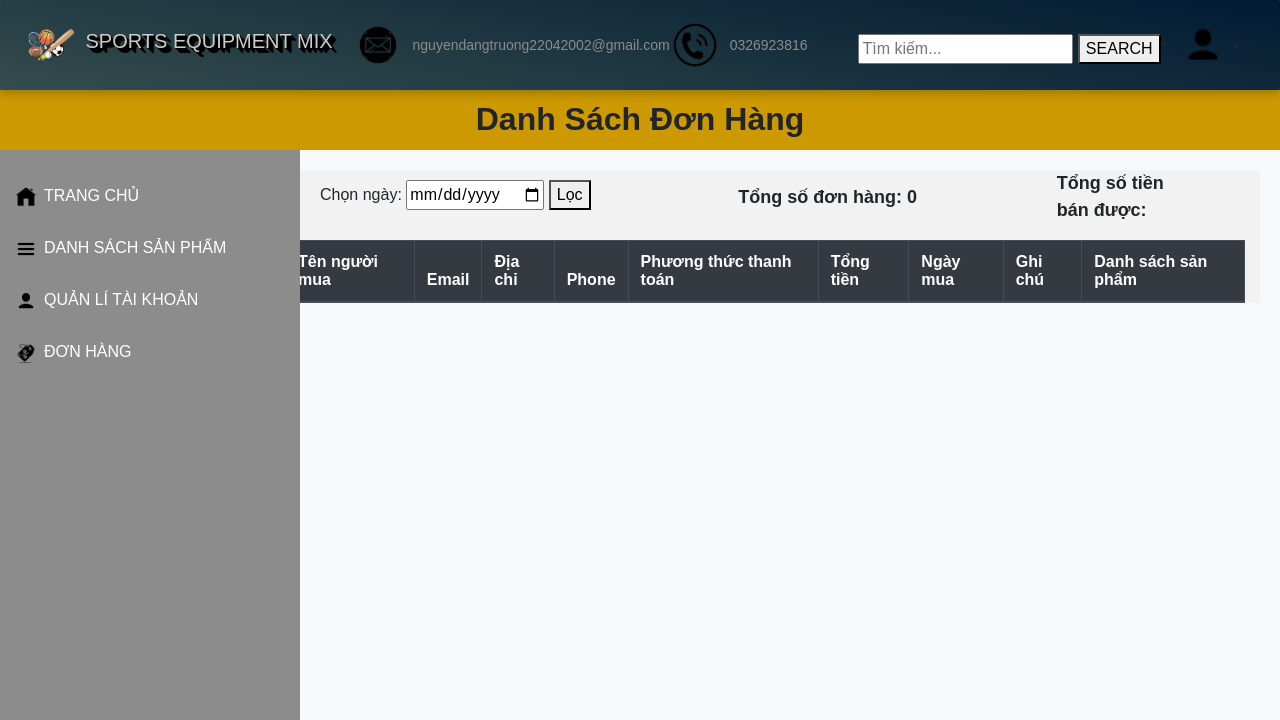
Repository: nguyendangtruong220420002/WWW-BanDungCuThietBiTheThao
Page: http://localhost/WebBanDungCuTheThao/QuanLy/DSDonHang.jsp
These files come from the project's save history. The page is drawn as it stood at one moment and after the next save; the edit follows.
The browser window is 1280 px wide. The pictures show the whole page.
The page is served by Tomcat 10. Other server files are loaded and not shown. The template is opened directly, without the code that normally fills it, so the values that code supplies are empty.

Above is the page before, as saved 2024-07-22 07:45:19.

### WebBanDungCuTheThao/src/main/webapp/QuanLy/DSDonHang.jsp
<%@ page language="java" contentType="text/html; charset=UTF-8"
	pageEncoding="UTF-8"%>
<%@ taglib uri="http://java.sun.com/jsp/jstl/core" prefix="c"%>

<%@ taglib uri="http://java.sun.com/jsp/jstl/functions" prefix="fn"%>
<%@ taglib uri="http://java.sun.com/jsp/jstl/fmt" prefix="fmt"%>
<html>
<head>
<meta charset="UTF-8">
<title>Quản Lý Đơn Hàng</title>
<link
	href="https://stackpath.bootstrapcdn.com/bootstrap/4.5.2/css/bootstrap.min.css"
	rel="stylesheet">
<!-- Bootstrap JS và jQuery -->
<script src="https://code.jquery.com/jquery-3.5.1.slim.min.js"></script>
<script
	src="https://cdn.jsdelivr.net/npm/@popperjs/core@2.9.2/dist/umd/popper.min.js"></script>
<script
	src="https://stackpath.bootstrapcdn.com/bootstrap/4.5.2/js/bootstrap.min.js"></script>
<style>
body {
	font-family: Arial, sans-serif;
	margin: 0;
	padding: 0;
	box-sizing: border-box;
	display: flex;
	flex-direction: column;
	min-height: 100vh;
}

.logo {
	display: flex;
	align-items: center;
	justify-content: space-around;
	padding: 10px;
	background: linear-gradient(10deg, #344c4c, #001a33);
	border-radius: 1px;
	box-shadow: 0 4px 8px rgba(0, 0, 0, 0.2);
}

.logo-left {
	display: flex;
	align-items: center;
}

.logo-right {
	display: flex;
	align-items: center;
}

.logo img {
	height: 50px;
	width: 50px;
	margin-right: 10px;
}

.logo h1 {
	font-size: 20px;
	text-shadow: 1px 1px 0 #000, 2px 2px 0 #000, 3px 3px 0 #000, 4px 4px 0
		#000, 5px 5px 0 #000;
	color: #cccccc;
	font-weight: 100;
	margin-right: 20px;
}

.contact-info {
	display: flex;
	align-items: center;
	margin-right: 20px;
}

.contact-info h2 {
	margin: 0;
	font-size: 14px;
	color: #8c8c8c;
}

.social-icons img {
	height: 40px;
	width: 40px;
	margin: 10px;
}

header {
	background-color: #cc9900;
	height: 150px;
}

.memu-icons {
	height: 15px;
	width: 15px;
	margin: 0 5px;
}

.user-menu {
	display: none;
	position: absolute;
	background-color: white;
	border: 1px solid #ccc;
	padding: 10px;
	right: 15px;
	top: 40px;
}

.user-menu a {
	display: block;
	color: #333;
	text-decoration: none;
	margin: 5px 0;
}

.user-icon {
	position: relative;
	cursor: pointer;
}

.sidebar {
	width: 300px;
	height: 100%;
	background-color: #8c8c8c;
	padding-top: 20px;
	position: fixed;
	top: 150px; /* Dưới header */
	left: 0;
	overflow-y: auto;
}

.nav-list {
	list-style-type: none;
	padding: 0;
	margin: 0;
}

.nav-list li {
	position: relative;
}

.nav-list li a {
	display: block;
	color: white;
	padding: 14px 16px;
	text-decoration: none;
}

.nav-list li a:hover {
	background-color: #111;
}

.menu-icons {
	height: 20px;
	width: 20px;
	margin-right: 8px;
}

.dropdown-content {
	display: none;
	background-color: #444;
	padding-left: 20px;
}

.dropdown-content a {
	color: white;
	padding: 12px 16px;
	text-decoration: none;
	display: block;
}

.dropdown-content a:hover {
	background-color: #555;
}

main {
	margin-left: 250px; /* Để lại khoảng trống cho sidebar */
	padding: 20px;
	flex: 1;
}

.show {
	display: block;
}
</style>
<script>
	function toggleUserMenu() {
		var userMenu = document.getElementById("user-menu");
		if (userMenu.style.display === "block") {
			userMenu.style.display = "none";
		} else {
			userMenu.style.display = "block";
		}
	}
	function toggleDropdown(event) {
		event.preventDefault();
		var dropdownContent = event.currentTarget.nextElementSibling;
		dropdownContent.classList.toggle("show");
	}
	function filterByDate() {
	    // Lấy ngày từ form lọc
	    const filterDate = document.getElementById('filterDate').value;
	    const formattedDate = new Date(filterDate).toISOString().split('T')[0]; // Định dạng ngày theo yyyy-MM-dd

	    // Lấy tất cả các hàng trong bảng
	    const rows = document.querySelectorAll('#paymentsTableBody tr');

	    rows.forEach(row => {
	        // Lấy giá trị ngày từ thuộc tính data-date
	        const rowDate = row.getAttribute('data-date');

	        // So sánh ngày để quyết định hiển thị hoặc ẩn hàng
	        if (rowDate === formattedDate) {
	            row.style.display = ''; // Hiển thị hàng
	        } else {
	            row.style.display = 'none'; // Ẩn hàng
	        }
	    });
	}

</script>


</head>
<body>
	<header>
		<div class="logo">
			<div class="logo-left">
				<img alt="" src="IMG/logo.png">
				<h1>SPORTS EQUIPMENT MIX</h1>
				<div class="contact-info">
					<img alt="" src="IMG/thu.png" class="social-icons">
					<h2>nguyendangtruong22042002@gmail.com</h2>
					<img alt="" src="IMG/call.png" class="social-icons">
					<h2>0326923816</h2>
				</div>
			</div>
			<div class="logo-right">
				<li>
					<form action="search.jsp" method="get">
						<input type="text" name="query" placeholder="Tìm kiếm...">
						<button type="submit">SEARCH</button>
					</form>
				</li>
				<li><a href="#" class="user-icon" onclick="toggleUserMenu()"><img
						alt="" src="IMG/user.png" style="height: 40px; width: 40px"></a>
					<div id="user-menu" class="user-menu">
						<c:choose>
							<c:when test="${not empty sessionScope.ten}">
								<span class="user-info font-weight-bold text-black"> <c:out
										value="Xin chào: ${sessionScope.ten}" />
								</span>
								<button type="button" class="btn btn-danger"
									onclick="confirmLogout()">Đăng Xuất</button>
							</c:when>
							<c:otherwise>
								<button type="button" class="btn btn-primary"
									data-toggle="modal" data-target="#loginModal">Đăng
									Nhập</button>
								<button type="button" class="btn btn-primary"
									data-toggle="modal" data-target="#registerModal">Đăng
									Ký</button>
							</c:otherwise>
						</c:choose>
					</div></li>
				<li>
			</div>
		</div>
		<div style="text-align: center; margin-top: 10px">
			<h2 style="font-weight: bold;">Danh Sách Đơn Hàng</h2>
		</div>
	</header>
	<nav class="sidebar">
		<ul class="nav-list">
			<li><a href="Admin.jsp"><img alt="" src="IMG/home.png"
					class="menu-icons">TRANG CHỦ</a></li>
			<li class="dropdown"><a href="javascript:void(0)"
				class="dropbtn" onclick="toggleDropdown(event)"><img alt=""
					src="IMG/menu.png" class="menu-icons">DANH SÁCH SẢN PHẨM</a>
				<div class="dropdown-content">
					<a href="DanhSachLoaiSanPhamServlet">Loại Sản phẩm</a> <a
						href="DanhSachSanPhamServlet">Sản phẩm</a>
				</div></li>
			<li><a href="users.jsp"><img alt="" src="IMG/user.png"
					class="menu-icons">QUẢN LÍ TÀI KHOẢN</a></li>
			<li><a href="DSDonHangServlet"><img alt=""
					src="IMG/sale.png" class="menu-icons">ĐƠN HÀNG</a></li>
		</ul>
	</nav>
	<main>
		<div class="container"
			style="background-color: #f2f2f2; max-width: 1600px">

			<div class="content">
				<div class="row mb"
					style="display: flex; align-items: center; margin-left: 20px;">

					<div class="col-md-4" style="display: flex; align-items: center;">
						<form id="filterForm" method="get">
							<label for="filterDate">Chọn ngày:</label> <input type="date"
								id="filterDate" name="filterDate" value="${filterDate}" />
							<button type="submit">Lọc</button>
						</form>
					</div>

					<div class="col-md-4"
						style="font-weight: bold; font-size: 18px; margin-left: 100px">

						<p>Tổng số đơn hàng: ${fn:length(payments)}</p>
					</div>
					<div class="col-md"
						style="font-weight: bold; font-size: 18px; margin-right: 50px">

						<p>Tổng số tiền bán được: ${totalSales}</p>
					</div>
				</div>

			</div>
			<table class="table table-bordered">
				<thead class="thead-dark">
					<tr>
						<th>Tên người mua</th>
						<th>Email</th>
						<th>Địa chỉ</th>
						<th>Phone</th>
						<th>Phương thức thanh toán</th>
						<th>Tổng tiền</th>
						<th>Ngày mua</th>
						<th>Ghi chú</th>
						<th>Danh sách sản phẩm</th>
					</tr>

				</thead>
				<tbody id="paymentsTableBody">
					<c:forEach var="payment" items="${payments}">
						<tr>
							<td>${payment.hoten}</td>
							<td>${payment.email}</td>
							<td>${payment.address}</td>
							<td>${payment.phone}</td>
							<td>${payment.paymentMethod}</td>
							<td>${payment.total}</td>
							<td><fmt:formatDate value="${payment.purchaseDate}"
									pattern="dd-MM-yyyy HH:mm" /></td>
							<td>${payment.ghichu}</td>
							<td>
								<ul>
									<c:forEach var="sanPham" items="${payment.sanPhams}">
										<li>Tên sản phẩm: ${sanPham.tensanpham}, Số lượng:
											${sanPham.soluong}, Giá: ${sanPham.giagiam}</li>
									</c:forEach>
								</ul>
							</td>
						</tr>
					</c:forEach>
				</tbody>

			</table>
		</div>
	</main>


	<footer> </footer>

	<jsp:include page="../Modal/register.jsp" />
	<jsp:include page="../Modal/login.jsp" />
	<!-- Modal Đăng ký thành công -->
	<div class="modal fade" id="registerSuccessModal" tabindex="-1"
		role="dialog" aria-labelledby="registerSuccessModalLabel"
		aria-hidden="true">
		<div class="modal-dialog" role="document">
			<div class="modal-content">
				<div class="modal-header">
					<h5 class="modal-title" id="registerSuccessModalLabel">Đăng Ký
						Thành Công</h5>
					<button type="button" class="close" data-dismiss="modal"
						aria-label="Close">
						<span aria-hidden="true">&times;</span>
					</button>
				</div>
				<div class="modal-body">Chúc mừng! Bạn đã đăng ký thành công.
				</div>
				<div class="modal-footer">
					<button type="button" class="btn btn-secondary"
						data-dismiss="modal">Đóng</button>
				</div>
			</div>
		</div>
	</div>

	<!-- JavaScript để hiển thị modal khi cần -->
	<script>
        $(document).ready(function() {
            <%-- Kiểm tra xem thuộc tính registerSuccess có trong session không --%>
            <% if (session.getAttribute("registerSuccess") != null && (Boolean) session.getAttribute("registerSuccess")) { %>
                <%-- Hiển thị modal "Đăng ký thành công" --%>
                $('#registerSuccessModal').modal('show');
            <% }
               session.removeAttribute("registerSuccess");
            %>
        });
    </script>
	<!-- Modal Đăng nhập thành công -->
	<div class="modal fade" id="loginSuccessModal" tabindex="-1"
		role="dialog" aria-labelledby="loginSuccessModalLabel"
		aria-hidden="true">
		<div class="modal-dialog" role="document">
			<div class="modal-content">
				<div class="modal-header">
					<h5 class="modal-title" id="loginSuccessModalLabel">Đăng Nhập
						Thành Công</h5>
					<button type="button" class="close" data-dismiss="modal"
						aria-label="Close">
						<span aria-hidden="true">&times;</span>
					</button>
				</div>
				<div class="modal-body">Chào mừng bạn đã đăng nhập thành công.
				</div>
				<div class="modal-footer">
					<button type="button" class="btn btn-secondary"
						data-dismiss="modal">Đóng</button>
				</div>
			</div>
		</div>
	</div>
	<script>
    $(document).ready(function() {

        <% if (session.getAttribute("loginSuccess") != null && (Boolean) session.getAttribute("loginSuccess")) { %>
            $('#loginSuccessModal').modal('show');
            <% session.removeAttribute("loginSuccess"); %>

            // Thay đổi nút "Đăng Nhập" và "Đăng Ký" thành nút "Đăng Xuất"
            var tenuser = '${sessionScope.ten}'; // Lấy tên người dùng từ session
            $('#user-menu').html('<span class="user-info font-weight-bold text-black">Xin Chào  ' + tenuser + '</span>' +
                '<button type="button" class="btn btn-danger" onclick="confirmLogout()">Đăng Xuất</button>');
        <% } %>
    });

    function confirmLogout() {
        // Hiển thị modal xác nhận đăng xuất
        $('#confirmLogoutModal').modal('show');
    }

    function logout() {
    	window.location.href = "LogoutServlet";
    }
</script>
	<!-- Modal Đăng nhập không thành công -->
	<div class="modal fade" id="loginFailedModal" tabindex="-1"
		role="dialog" aria-labelledby="loginFailedModalLabel"
		aria-hidden="true">
		<div class="modal-dialog" role="document">
			<div class="modal-content">
				<div class="modal-header">
					<h5 class="modal-title" id="loginFailedModalLabel">Đăng Nhập
						Không Thành Công</h5>
					<button type="button" class="close" data-dismiss="modal"
						aria-label="Close">
						<span aria-hidden="true">&times;</span>
					</button>
				</div>
				<div class="modal-body">Đăng nhập không thành công. Vui lòng
					kiểm tra lại email và mật khẩu.</div>
				<div class="modal-footer">
					<button type="button" class="btn btn-secondary"
						data-dismiss="modal">Đóng</button>
				</div>
			</div>
		</div>
	</div>
	<script>
    $(document).ready(function() {
        <%-- Kiểm tra xem thuộc tính loginFailed có trong session không --%>
        <% if (session.getAttribute("loginFailed") != null && (Boolean) session.getAttribute("loginFailed")) { %>
            <%-- Hiển thị modal "Đăng nhập không thành công" --%>
            $('#loginFailedModal').modal('show');
        <% }
           session.removeAttribute("loginFailed");
        %>
    });
</script>
	<!-- Modal xác nhận đăng xuất -->
	<div class="modal fade" id="confirmLogoutModal" tabindex="-1"
		role="dialog" aria-labelledby="confirmLogoutModalLabel"
		aria-hidden="true">
		<div class="modal-dialog" role="document">
			<div class="modal-content">
				<div class="modal-header">
					<h5 class="modal-title" id="confirmLogoutModalLabel">Xác nhận
						đăng xuất</h5>
					<button type="button" class="close" data-dismiss="modal"
						aria-label="Close">
						<span aria-hidden="true">&times;</span>
					</button>
				</div>
				<div class="modal-body">Bạn có chắc chắn muốn đăng xuất không?
				</div>
				<div class="modal-footer">
					<button type="button" class="btn btn-secondary"
						data-dismiss="modal">Hủy</button>
					<button type="button" class="btn btn-primary" onclick="logout()">Đăng
						xuất</button>
				</div>
			</div>
		</div>
	</div>





</body>
</html>

### WebBanDungCuTheThao/src/main/webapp/Modal/register.jsp
<%@ page language="java" contentType="text/html; charset=UTF-8"
    pageEncoding="UTF-8"%>
<!DOCTYPE html>
<html>
<head>
<meta charset="UTF-8">
<title>Register</title>
<link rel="stylesheet" href="https://stackpath.bootstrapcdn.com/bootstrap/4.3.1/css/bootstrap.min.css">
<style>
body {
    font-family: Arial, sans-serif;
    background-color: #f8f9fa;
    margin: 0;
    padding: 0;
}
.modal-content {
    border-radius: 8px;
    border: none;
}
.modal-header {
    background-color: #007bff;
    color: #fff;
    border-bottom: none;
    border-top-left-radius: 8px;
    border-top-right-radius: 8px;
}
.modal-title {
    margin: 0;
    font-weight: bold;
}
.close {
    color: #fff;
    opacity: 1;
}
.modal-body {
    padding: 20px;
}
.form-group label {
    font-weight: bold;
}
.form-control {
    border-radius: 4px;
    border: 1px solid #ced4da;
    padding: 10px;
}
.btn-primary {
    background-color: #007bff;
    border: none;
    border-radius: 4px;
    padding: 10px 20px;
}
.btn-primary:hover {
    background-color: #0056b3;
}
</style>
</head>
<body>
<div class="modal fade" id="registerModal" tabindex="-1" role="dialog" aria-labelledby="registerModalLabel" aria-hidden="true">
  <div class="modal-dialog" role="document">
    <div class="modal-content">
      <div class="modal-header">
        <h5 class="modal-title" id="registerModalLabel">Đăng Ký</h5>
        <button type="button" class="close" data-dismiss="modal" aria-label="Close">
          <span aria-hidden="true">&times;</span>
        </button>
      </div>
      <div class="modal-body">
        <form action="UserServlet" method="post">
          <div class="form-group">
            <label for="username">Họ và Tên</label>
            <input type="text" class="form-control" id="tenuser" name="tenuser" required>
          </div>
          <div class="form-group">
            <label for="password">Mật Khẩu</label>
            <input type="password" class="form-control" id="password" name="password" required>
          </div>
          <div class="form-group">
            <label for="email">Email</label>
            <input type="email" class="form-control" id="email" name="email" required>
          </div>
          <button type="submit" class="btn btn-primary">Đăng Ký</button>
        </form>
      </div>
    </div>
  </div>
</div>
<script src="https://code.jquery.com/jquery-3.3.1.slim.min.js"></script>
<script src="https://cdnjs.cloudflare.com/ajax/libs/popper.js/1.14.7/umd/popper.min.js"></script>
<script src="https://stackpath.bootstrapcdn.com/bootstrap/4.3.1/js/bootstrap.min.js"></script>
</body>
</html>

### WebBanDungCuTheThao/src/main/webapp/Modal/login.jsp
<%@ page language="java" contentType="text/html; charset=UTF-8"
	pageEncoding="UTF-8"%>
<%@ taglib uri="http://java.sun.com/jsp/jstl/core" prefix="c"%>
<!DOCTYPE html>
<html>
<head>
<meta charset="UTF-8">
<title>Login</title>
<link rel="stylesheet"
	href="https://stackpath.bootstrapcdn.com/bootstrap/4.3.1/css/bootstrap.min.css">
<style>
body {
	font-family: Arial, sans-serif;
	background-color: #f8f9fa;
	margin: 0;
	padding: 0;
}

.modal-content {
	border-radius: 8px;
	border: none;
}

.modal-header {
	background-color: #007bff;
	color: #fff;
	border-bottom: none;
	border-top-left-radius: 8px;
	border-top-right-radius: 8px;
}

.modal-title {
	margin: 0;
	font-weight: bold;
}

.close {
	color: #fff;
	opacity: 1;
}

.modal-body {
	padding: 20px;
}

.form-group label {
	font-weight: bold;
}

.form-control {
	border-radius: 4px;
	border: 1px solid #ced4da;
	padding: 10px;
}

.btn-primary {
	background-color: #007bff;
	border: none;
	border-radius: 4px;
	padding: 10px 20px;
}

.btn-primary:hover {
	background-color: #0056b3;
}
</style>
</head>
<body>
	<div class="modal fade" id="loginModal" tabindex="-1" role="dialog"
		aria-labelledby="loginModalLabel" aria-hidden="true">
		<div class="modal-dialog" role="document">
			<div class="modal-content">
				<div class="modal-header">
					<h5 class="modal-title" id="loginModalLabel">Đăng Nhập</h5>
					<button type="button" class="close" data-dismiss="modal"
						aria-label="Close">
						<span aria-hidden="true">&times;</span>
					</button>
				</div>
				<div class="modal-body">
					<form action="LoginServlet" method="post">
						<div class="form-group">
							<label for="email">Email :</label> <input type="text"
								class="form-control" id="email" name="email" required>

						</div>
						<div class="form-group">
							<label for="password">Mật Khẩu:</label> <input type="password"
								class="form-control" id="password" name="password" required>
						</div>
						<div class="form-group">
							<div class="checkbox">
								<label><input type="checkbox" name="remember">
									Nhớ tài khoảng</label>
							</div>
						</div>
						<button type="submit" class="btn btn-primary">Đăng Nhập</button>
					</form>
				</div>
			</div>
		</div>
	</div>
	<script src="https://code.jquery.com/jquery-3.3.1.slim.min.js"></script>
	<script
		src="https://cdnjs.cloudflare.com/ajax/libs/popper.js/1.14.7/umd/popper.min.js"></script>
	<script
		src="https://stackpath.bootstrapcdn.com/bootstrap/4.3.1/js/bootstrap.min.js"></script>
</body>
</html>

After the next save:
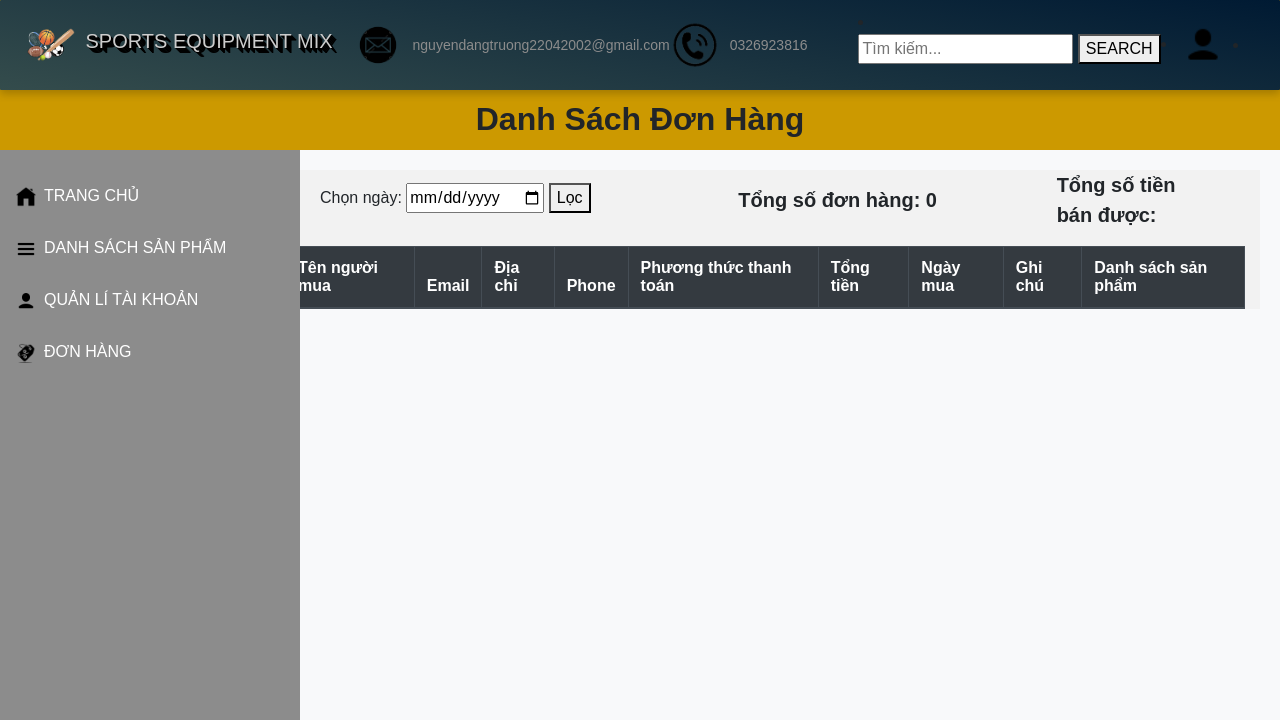
Saved 72 s later.
--- a/WebBanDungCuTheThao/src/main/webapp/QuanLy/DSDonHang.jsp
+++ b/WebBanDungCuTheThao/src/main/webapp/QuanLy/DSDonHang.jsp
@@ -300,12 +300,12 @@ main {
 					</div>
 
 					<div class="col-md-4"
-						style="font-weight: bold; font-size: 18px; margin-left: 100px">
+						style="font-weight: bold; font-size: 20px; margin-left: 100px">
 
 						<p>Tổng số đơn hàng: ${fn:length(payments)}</p>
 					</div>
 					<div class="col-md"
-						style="font-weight: bold; font-size: 18px; margin-right: 50px">
+						style="font-weight: bold; font-size: 20px; margin-right: 50px">
 
 						<p>Tổng số tiền bán được: ${totalSales}</p>
 					</div>
